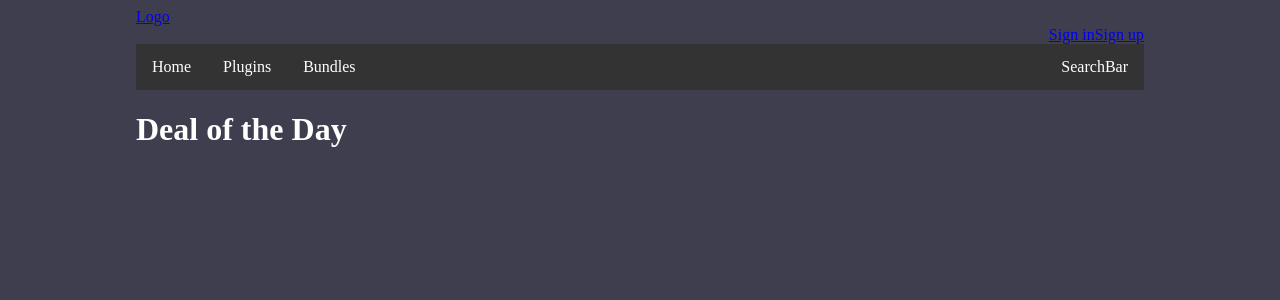
Repository: jigom11791/Wavez
Page: Wavez/Waves-Site/index.html
An editor plug-in stored every save of this project. The page is shown before and after the next save, followed by the edit.
The browser window is 1280 px wide. The pictures show the whole page.

Above is the page before, as saved 2020-10-30 18:08:25.

After the next save:
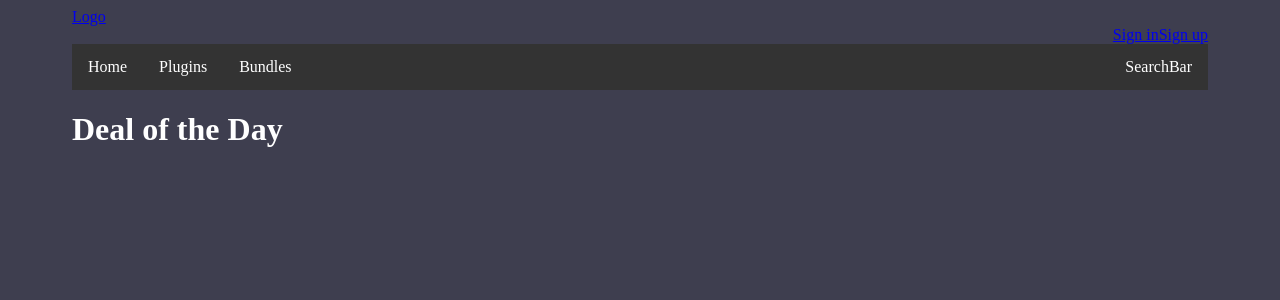
Saved 24 s later.
--- a/Wavez/Waves-Site/style.css
+++ b/Wavez/Waves-Site/style.css
@@ -5,7 +5,7 @@ body {
     background-color: #3e3e4f;
     color: white;
     font-style: "Noto sans JP", sans-serif;
-    padding: 0% 10%;
+    padding: 0% 5%;
 }
 
 ul.topnav, ul.header{
